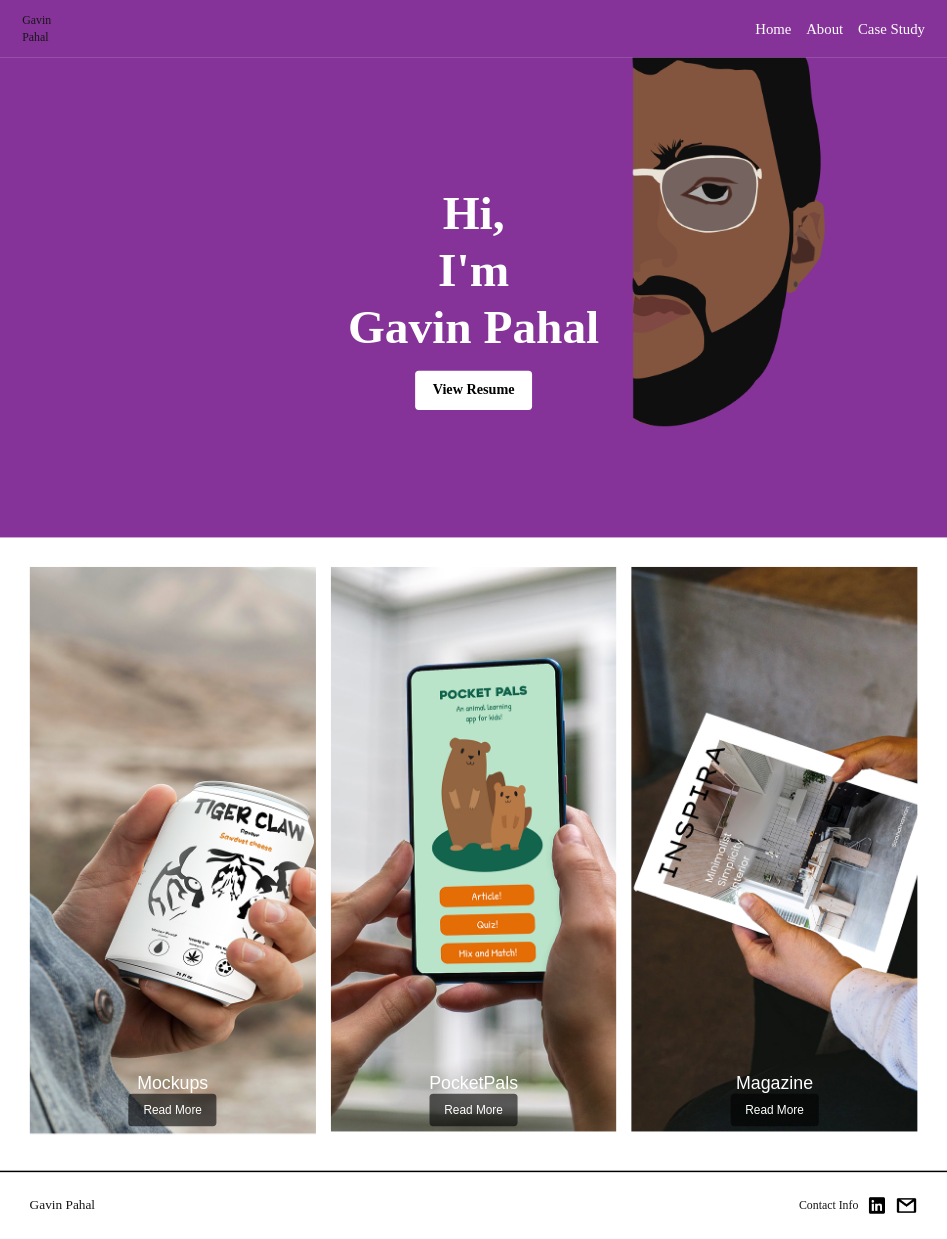
Repository: GavinPahal/portfolios
Page: /
The author's editor kept a copy of each file at every save. The page is drawn from the files as they stood at one save, then again after the next save.
The browser window is 1280 px wide. The pictures show the whole page, at 74% of full size.
The project was rebuilt for these pictures with package versions that can differ from the ones it lists, and the page was loaded fresh each time. The framework's server and built-in components were replaced by stand-ins that run in the browser. Also part of the build but not shown: next.config.mjs, components/BackToTop/BackToTop.module.css.

Above is the page before, as saved 2025-02-06 13:57:42.

### pages/index.js
import NavBar from "../components/NavBar/NavBar";
import HeroSection from "../components/HeroSection/HeroSection";
import Projects from "../components/Projects/Projects";
import Footer from "../components/Footer/Footer";
import BackToTop from "../components/BackToTop/BackToTop";

const home = () => {
  return (
    <div>
      <NavBar />
      <HeroSection />
      <Projects />
      <BackToTop />
      <Footer />
    </div>
  );
};

export default home;

### components/NavBar/NavBar.js
import Link from "next/link";
import styles from "./NavBar.module.css";

const NavBar = () => {
  return (
    <nav className={styles.navbar}>
      <div className={styles.logo}>
        <span>Gavin Pahal</span>
      </div>
      <ul className={styles.navLinks}>
        <li>
          <Link href="/">Home</Link>
        </li>
        <li>
          <Link href="/about">About</Link>
        </li>
        <li>
          <Link href="/case-study">Case Study</Link>
        </li>
      </ul>
    </nav>
  );
};

export default NavBar;

### components/HeroSection/HeroSection.js
import styles from "./HeroSection.module.css";

const HeroSection = () => {
  return (
    <header className={styles.hero}>
      <img src="/images/Group 6.png" alt="Gavin Pahal Portfolio" className={styles.heroImage} />
      <div className={styles.heroText}>
        <h1 className={styles.title}>
          Hi, <br /> I'm <br /> Gavin Pahal
        </h1>
        <button className={styles.resumeButton}>View Resume</button>
      </div>
    </header>
  );
};

export default HeroSection;

### components/Projects/Projects.js
import { useState, useRef } from "react";
import { createPopper } from "@popperjs/core";
import styles from "./Projects.module.css";

const projects = [
  {
    title: "Mockups",
    image: "/images/Rectangle 65.png", // Update with actual image path
    link: "/can",
    description: "High-quality product mockups to showcase your designs.",
  },
  {
    title: "PocketPals",
    image: "/images/Rectangle 75.png", // Update with actual image path
    link: "/pocket-pals",
    description: "An animal learning app for kids.",
  },
  {
    title: "Magazine",
    image: "/images/Rectangle 65 (1).png", // Update with actual image path
    link: "/magazine",
    description: "Helping travelers with food allergies find safe meals.",
  },
];

const Projects = () => {
  const [visible, setVisible] = useState(null);
  const popperRef = useRef([]);
  const tooltipRef = useRef([]);

  const handleMouseEnter = (index) => {
    setVisible(index);
    createPopper(popperRef.current[index], tooltipRef.current[index], {
      placement: "top",
      modifiers: [{ name: "offset", options: { offset: [0, 10] } }],
    });
  };

  const handleMouseLeave = () => {
    setVisible(null);
  };

  return (
    <section className={styles.projects}>
      {projects.map((project, index) => (
        <div
          key={index}
          className={styles.project}
          ref={(el) => (popperRef.current[index] = el)}
          onMouseEnter={() => handleMouseEnter(index)}
          onMouseLeave={handleMouseLeave}
        >
          <img src={project.image} alt={project.title} className={styles.image} />
          <h3 className={styles.title}>{project.title}</h3>
          <a href={project.link} className={styles.button}>Read More</a>

          <div
            ref={(el) => (tooltipRef.current[index] = el)}
            className={`${styles.overlay} ${visible === index ? styles.show : ""}`}
          >
            <p>{project.description}</p>
          </div>
        </div>
      ))}
    </section>
  );
};

export default Projects;

### components/Footer/Footer.js
import styles from "./Footer.module.css";

const Footer = () => {
  return (
    <footer className={styles.footer}>
      <div className={styles.container}>
        <p className={styles.name}>Gavin Pahal</p>
        <div className={styles.contact}>
          <span>Contact Info</span>
          <div className={styles.icons}>
            <a href="www.linkedin.com/in/gavin-pahal" target="_blank" rel="noopener noreferrer">
              <img src="/images/LinkedIn (1).png" alt="LinkedIn" />
            </a>
            <a href="mailto:gavinpahal2003@gmail.com">
              <img src="/images/Gmail Logo (1).png" alt="Email" />
            </a>
          </div>
        </div>
      </div>
    </footer>
  );
};

export default Footer;

### components/BackToTop/BackToTop.js
import { useState, useEffect } from "react";
import styles from "./BackToTop.module.css";

const BackToTop = () => {
  const [showScroll, setShowScroll] = useState(false);

  useEffect(() => {
    const handleScroll = () => {
      setShowScroll(window.scrollY > 200);
    };

    window.addEventListener("scroll", handleScroll);
    return () => window.removeEventListener("scroll", handleScroll);
  }, []);

  const scrollToTop = () => {
    window.scrollTo({ top: 0, behavior: "smooth" });
  };

  return (
    showScroll && (
      <div className={styles.scrollContainer} onClick={scrollToTop}>
        <span className={styles.scrollText}>Back to Top</span>
        <div className={styles.underline}></div>
      </div>
    )
  );
};

export default BackToTop;

### components/NavBar/NavBar.module.css
.navbar {
  font-family: "philosopher", "bold";
  display: flex;
  justify-content: space-between;
  align-items: center;
  padding: 15px 30px;
  background: #863399;
}

.logoContainer {
  display: flex;
  align-items: center;
}

.logo {
  width: 60px; /* Adjust size as needed */
  margin-right: 10px;
}

.name {
  color: white;
  font-size: 18px;
  font-weight: bold;
}

.navLinks {
  list-style: none;
  display: flex;
  gap: 20px;
}

.navLinks li a {

  color: white;
  text-decoration: none;
  font-size: 20px;
}

### components/HeroSection/HeroSection.module.css
.hero {
    position: relative;
    width: 100%;
    height: 90vh;
    display: flex;
    align-items: center;
    justify-content: center;
    background: url("/images/Group 6.png") center/cover no-repeat;
  }

  .heroImage {
    position: absolute;
    width: 100%;
    height: 100%;
    object-fit: cover;
    z-index: -1;
  }

  .heroText {
    text-align: center;
    color: white;
    font-family: "Times New Roman", serif;
  }

  .title {
    font-size: 4rem;
    font-weight: bold;
    line-height: 1.2;
  }

  .resumeButton {
    margin-top: 20px;
    padding: 12px 24px;
    font-size: 1.2rem;
    background: white;
    color: black;
    font-weight: bold;
    border: none;
    border-radius: 5px;
    cursor: pointer;
    transition: background 0.3s ease, transform 0.2s ease;
  }

  .resumeButton:hover {
    background: rgba(255, 255, 255, 0.8);
    transform: scale(1.05);
  }

### components/Projects/Projects.module.css
.projects {
    display: flex;
    justify-content: center;
    gap: 20px;
    padding: 40px;
  }

  .project {
    position: relative;
    text-align: center;
    color: white;
    max-width: 450px;
    overflow: hidden;
  }

  .image {
    width: 100%;
    height: auto;
    transition: transform 0.3s ease-in-out;
  }

  .project:hover .image {
    transform: scale(1.05);
  }

  .title {
    position: absolute;
    bottom: 60px;
    left: 50%;
    transform: translateX(-50%);
    font-size: 1.5rem;
  }

  .button {
    position: absolute;
    bottom: 20px;
    left: 50%;
    transform: translateX(-50%);
    background-color: rgba(0, 0, 0, 0.6);
    color: white;
    padding: 10px 20px;
    text-decoration: none;
    border-radius: 5px;
  }

  .overlay {
    position: absolute;
    bottom: 100%;
    left: 50%;
    transform: translateX(-50%);
    background: rgba(0, 0, 0, 0.8);
    color: white;
    padding: 10px;
    font-size: 0.9rem;
    width: 200px;
    text-align: center;
    opacity: 0;
    transition: opacity 0.3s ease-in-out;
    pointer-events: none;
  }

  .show {
    opacity: 1;
  }

### components/Footer/Footer.module.css
.footer {
  text-align: center;
  padding: 30px 20px;
  border-top: 2px solid black;
  position: relative;
  display: flex;
  justify-content: space-between;
  align-items: center;
}

.container {
  width: 100%;
  display: flex;
  justify-content: space-between;
  align-items: center;
}

.name {
  font-family: "philosopher", "bold";
  font-size: 18px;
  margin: 0; /* Aligns with the top border */
  padding-left: 20px; /* Adds some spacing from the left */
}

.contact {
  font-family: "philosopher", "bold";
  font-size: 16px;
  display: flex;
  align-items: center;
  padding-right: 20px; /* Adds some spacing from the right */
}

.icons {
  display: flex;
  gap: 10px; /* Ensures equal spacing between icons */
  margin-left: 10px; /* Adds spacing between text and icons */
}

.icons img {
  width: 30px;
}

Loaded but not shown: pages/_app.js (common file); pages/_document.js (common file); styles/globals.css (common file); tailwind.config.mjs (common file)

After the next save:
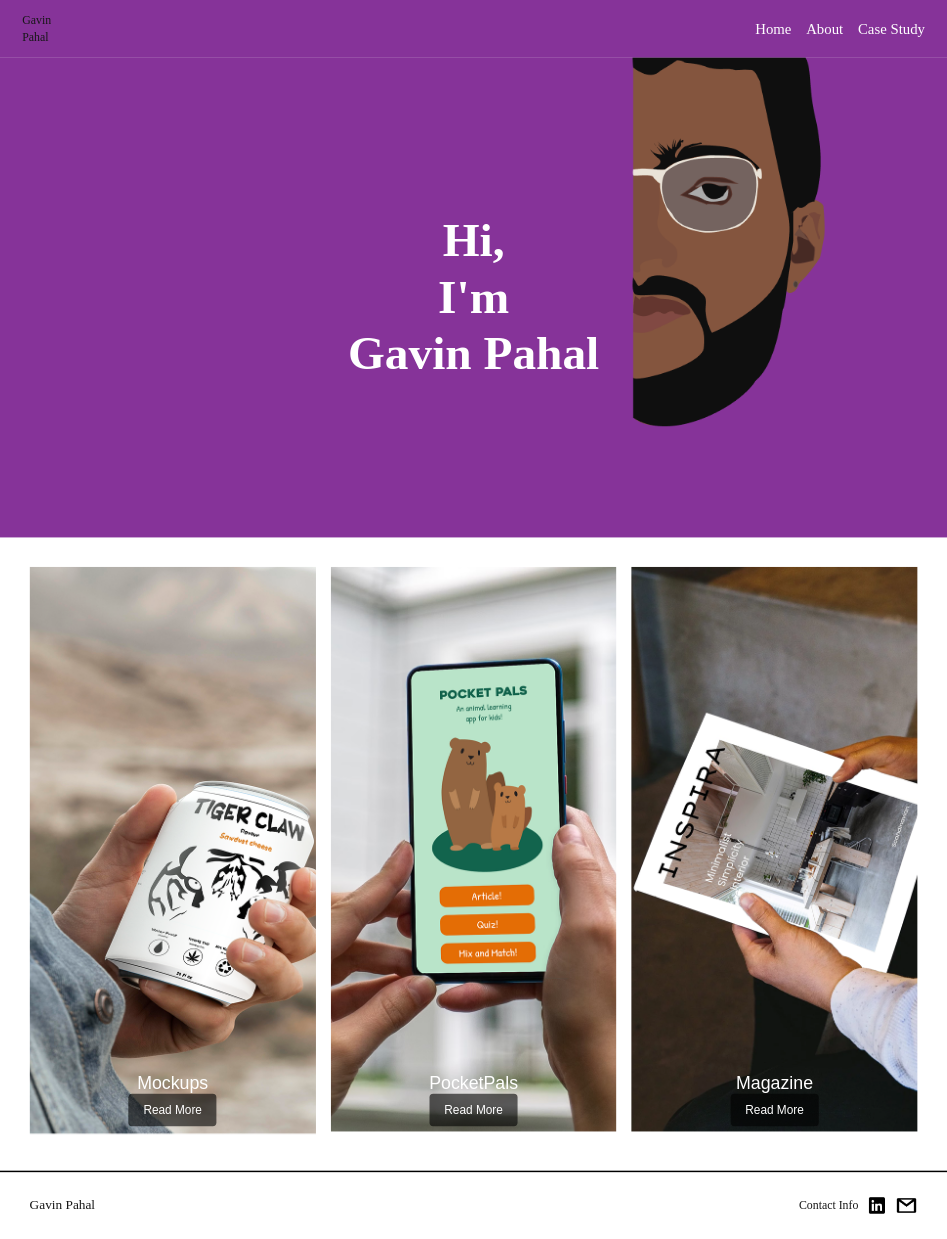
Saved 43 s later.
--- a/components/HeroSection/HeroSection.js
+++ b/components/HeroSection/HeroSection.js
@@ -8,7 +8,6 @@ const HeroSection = () => {
         <h1 className={styles.title}>
           Hi, <br /> I'm <br /> Gavin Pahal
         </h1>
-        <button className={styles.resumeButton}>View Resume</button>
       </div>
     </header>
   );
